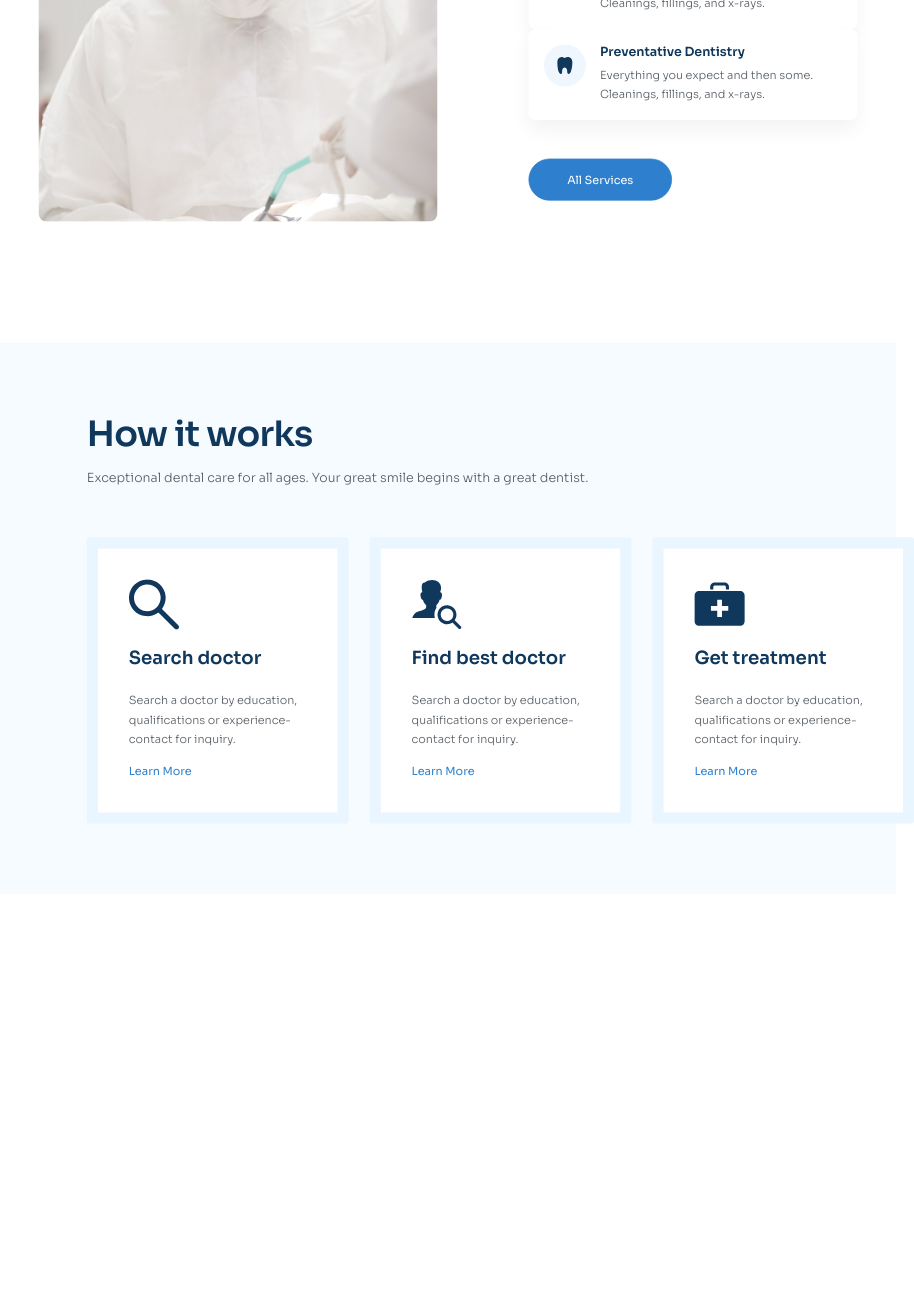
Repository: VuKh4nh/Shine-Smile
Page: index.html
An editor plug-in stored every save of this project. The page is shown before and after the next save, followed by the edit.
The browser window is 1280 px wide. The page is 1306 px wide, so the pictures cover 1306 px, including what lies to the right of the window. The pictures show the part of the page from y = 1351 to 3231 px (the page is 5720 px tall), at 70% of full size.

Above is the page before, as saved 2024-06-09 01:15:25.

After the next save:
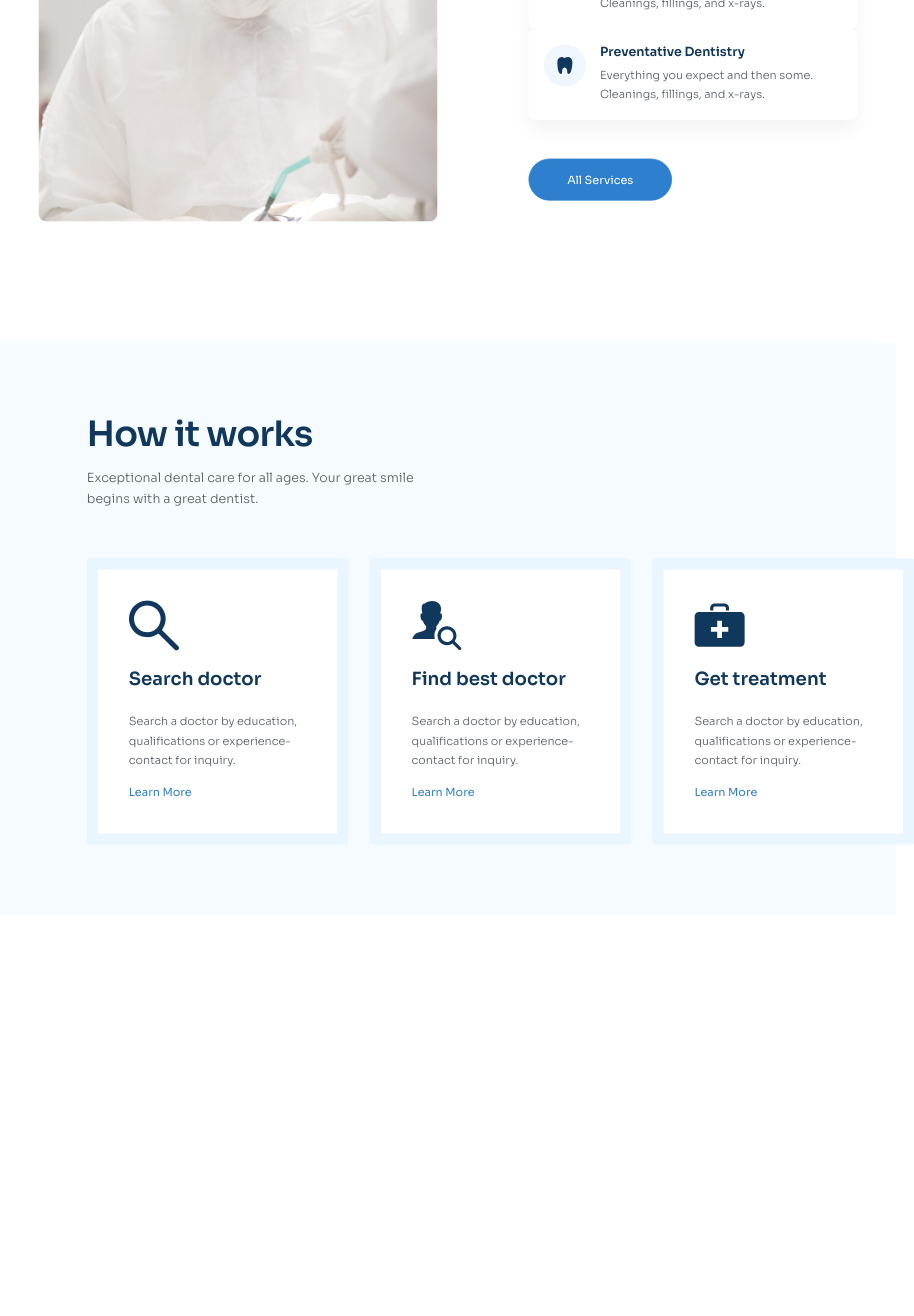
Saved 23 min 14 s later.
--- a/index.html
+++ b/index.html
@@ -284,7 +284,7 @@
             <section class="work">
                 <div class="container">
                     <h2 class="section-heading">How it works</h2>
-                    <p class="section-desc">
+                    <p class="section-desc work__desc">
                         Exceptional dental care for all ages. Your great smile
                         begins with a great dentist.
                     </p>
